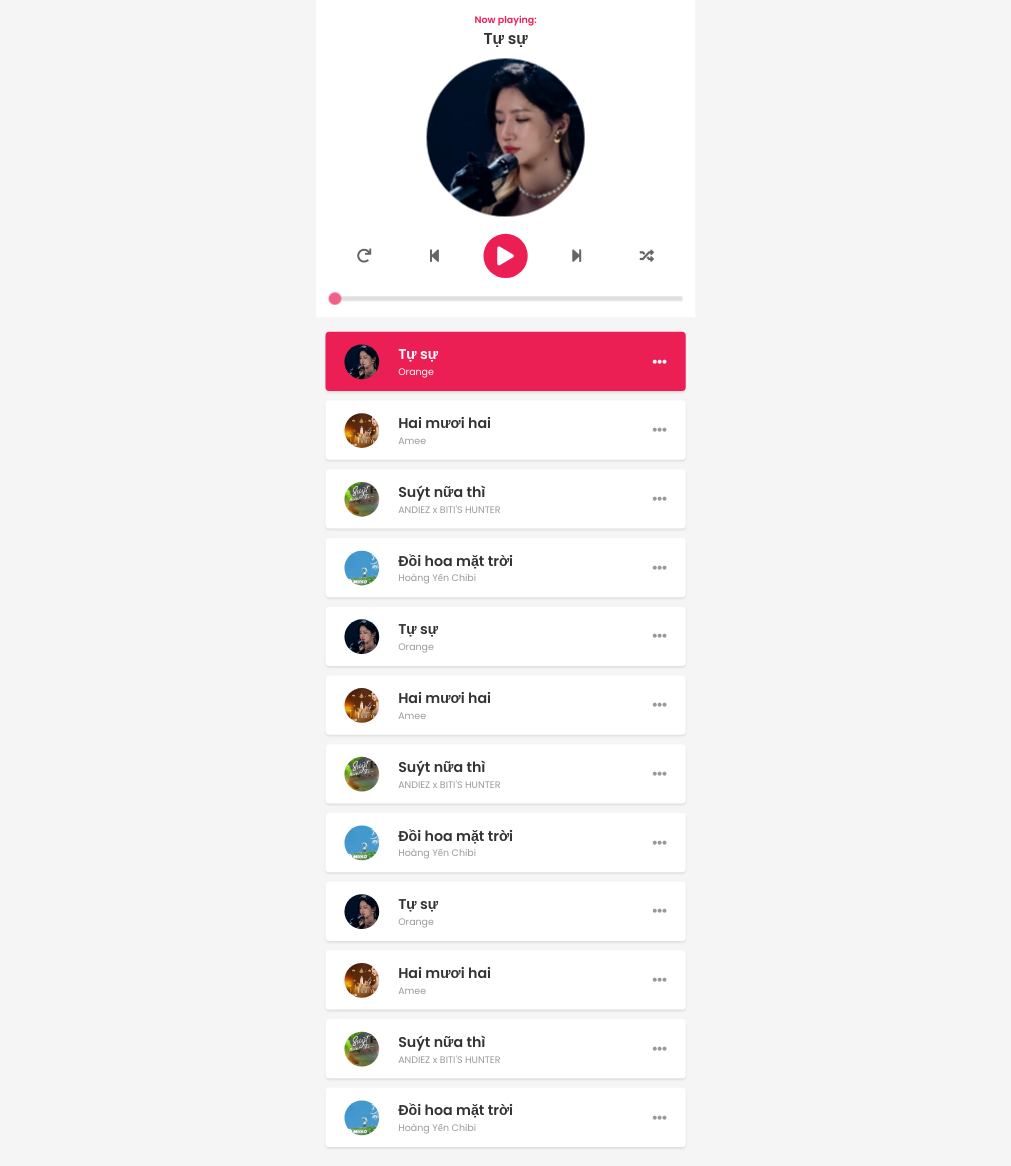
Repository: tannv3201/learn_JS_F8
Page: Example/Music player/index.html
An editor plug-in stored every save of this project. The page is shown before and after the next save, followed by the edit.
The browser window is 1280 px wide. The pictures show the whole page, at 79% of full size.

Above is the page before, as saved 2022-08-17 15:08:03.

### Example/Music player/index.html
<!DOCTYPE html>
<html lang="en">

<head>
    <meta charset="UTF-8">
    <meta http-equiv="X-UA-Compatible" content="IE=edge">
    <meta name="viewport" content="width=device-width, initial-scale=1.0">
    <title>Music player</title>
    <link rel="stylesheet" href="https://cdnjs.cloudflare.com/ajax/libs/font-awesome/5.15.2/css/all.min.css"
        integrity="sha512-HK5fgLBL+xu6dm/Ii3z4xhlSUyZgTT9tuc/hSrtw6uzJOvgRr2a9jyxxT1ely+B+xFAmJKVSTbpM/CuL7qxO8w=="
        crossorigin="anonymous" />
    <link rel="preconnect" href="https://fonts.gstatic.com">
    <link href="https://fonts.googleapis.com/css2?family=Poppins:wght@300;400;600&display=swap" rel="stylesheet">
    <link rel="stylesheet" href="./style.css">
</head>

<body>

    <div class="player">
        <!-- Dashboard -->
        <div class="dashboard">
            <!-- Header -->
            <header>
                <h4>Now playing:</h4>
                <h2>Tự sự</h2>
            </header>

            <!-- CD -->
            <div class="cd">
                <div class="cd-thumb" style="background-image: url('./assets/imgs/tusu.jpg')">
                </div>
            </div>

            <!-- Control -->
            <div class="control">
                <div class="btn btn-repeat">
                    <i class="fas fa-redo"></i>
                </div>
                <div class="btn btn-prev">
                    <i class="fas fa-step-backward"></i>
                </div>
                <div class="btn btn-toggle-play">
                    <i class="fas fa-pause icon-pause"></i>
                    <i class="fas fa-play icon-play"></i>
                </div>
                <div class="btn btn-next">
                    <i class="fas fa-step-forward"></i>
                </div>
                <div class="btn btn-random">
                    <i class="fas fa-random"></i>
                </div>
            </div>

            <input id="progress" class="progress" type="range" value="0" step="1" min="0" max="100">

            <audio id="audio" src=""></audio>
        </div>

        <!-- Playlist -->
        <div class="playlist">
            <div class="song">
                <div class="thumb" style="background-image: url('./assets/imgs/tusu.jpg')">
                </div>
                <div class="body">
                    <h3 class="title">Tự sự</h3>
                    <p class="author">Orange</p>
                </div>
                <div class="option">
                    <i class="fas fa-ellipsis-h"></i>
                </div>
            </div>
            <div class="song">
                <div class="thumb" style="background-image: url('./assets/imgs/haimuoihai.jpg')">
                </div>
                <div class="body">
                    <h3 class="title">Hai mươi hai</h3>
                    <p class="author">Amee</p>
                </div>
                <div class="option">
                    <i class="fas fa-ellipsis-h"></i>
                </div>
            </div>
            <div id="song" class="song">
                <div class="thumb"
                    style="background-image: url('https://i.ytimg.com/vi/jTLhQf5KJSc/maxresdefault.jpg')">
                </div>
                <div class="body">
                    <h3 class="title">Music name</h3>
                    <p class="author">Singer</p>
                </div>
                <div class="option">
                    <i class="fas fa-ellipsis-h"></i>
                </div>
            </div>
        </div>
    </div>

    <!-- Design from: https://static.collectui.com/shots/3671744/musicloud-revolutionary-app-for-music-streaming-large -->
    <script src="./main.js"></script>
</body>

</html>

### Example/Music player/style.css
:root {
    --primary-color: #ec1f55;
    --text-color: #333;
}

* {
    padding: 0;
    margin: 0;
    box-sizing: inherit;
}

body {
    background-color: #f5f5f5;
}

html {
    box-sizing: border-box;
    font-family: "Poppins", sans-serif;
}

.player {
    position: relative;
    max-width: 480px;
    margin: 0 auto;
}

.player .icon-pause {
    display: none;
}

.player.playing .icon-pause {
    display: inline-block;
}

.player.playing .icon-play {
    display: none;
}

.dashboard {
    padding: 16px 16px 14px;
    background-color: #fff;
    position: fixed;
    top: 0;
    width: 100%;
    max-width: 480px;
    border-bottom: 1px solid #ebebeb;
}

/* HEADER */
header {
    text-align: center;
    margin-bottom: 10px;
}

header h4 {
    color: var(--primary-color);
    font-size: 12px;
}

header h2 {
    color: var(--text-color);
    font-size: 20px;
}

/* CD */
.cd {
    display: flex;
    margin: auto;
    width: 200px;
}

.cd-thumb {
    width: 100%;
    padding-top: 100%;
    border-radius: 50%;
    background-color: #333;
    background-size: cover;
    margin: auto;
}

/* CONTROL */
.control {
    display: flex;
    align-items: center;
    justify-content: space-around;
    padding: 18px 0 8px 0;
}

.control .btn {
    color: #666;
    padding: 18px;
    font-size: 18px;
}

.control .btn.active {
    color: var(--primary-color);
}

.control .btn-toggle-play {
    width: 56px;
    height: 56px;
    border-radius: 50%;
    font-size: 24px;
    color: #fff;
    display: flex;
    align-items: center;
    justify-content: center;
    background-color: var(--primary-color);
}

.progress {
    width: 100%;
    -webkit-appearance: none;
    height: 6px;
    background: #d3d3d3;
    outline: none;
    opacity: 0.7;
    -webkit-transition: 0.2s;
    transition: opacity 0.2s;
}

.progress::-webkit-slider-thumb {
    -webkit-appearance: none;
    appearance: none;
    width: 16px;
    height: 16px;
    border-radius: 50%;
    background-color: var(--primary-color);
    cursor: pointer;
}

/* PLAYLIST */
.playlist {
    margin-top: 408px;
    padding: 12px;
}

.song {
    display: flex;
    align-items: center;
    margin-bottom: 12px;
    background-color: #fff;
    padding: 8px 16px;
    border-radius: 5px;
    box-shadow: 0 2px 3px rgba(0, 0, 0, 0.1);
}

.song.active {
    background-color: var(--primary-color);
}

.song:active {
    opacity: 0.8;
}

.song.active .option,
.song.active .author,
.song.active .title {
    color: #fff;
}

.song .thumb {
    width: 44px;
    height: 44px;
    border-radius: 50%;
    background-size: cover;
    margin: 0 8px;
}

.song .body {
    flex: 1;
    padding: 0 16px;
}

.song .title {
    font-size: 18px;
    color: var(--text-color);
}

.song .author {
    font-size: 12px;
    color: #999;
}

.song .option {
    padding: 16px 8px;
    color: #999;
    font-size: 18px;
}

### Example/Music player/main.js
/**
    1. Render song
    2. Scroll top
    3. Play / pause/ seek
    4. CD rotate
    5. Next / prev
    6. Random
    7. Next / repeat when ended
    8. Active Song
    9. Scroll active song into view
    10. Play song when click
 */
const $ = document.querySelector.bind(document);
const $$ = document.querySelectorAll.bind(document);

// Lấy ra các element
const heading = $('header h2');
const cdThumb = $('.cd-thumb');
const audio = $('#audio');
const cd = $('.cd');
const playBtn = $('.btn-toggle-play');
const player = $('.player');
const progress = $('#progress');
const nextBtn = $('.btn-next');
const prevBtn = $('.btn-prev');
const randomBtn = $('.btn-random');
const repeatBtn = $('.btn-repeat');
const playlist = $('.playlist');
const app = {
    currentIndex: 0,
    isPlaying: false,
    isRandom: false,
    isRepeat: false,
    songs: [
        {
            name: 'Tự sự',
            singer: 'Orange',
            path: './assets/music/tusu.mp3',
            image: './assets/imgs/tusu.jpg'
        },
        {
            name: 'Hai mươi hai',
            singer: 'Amee',
            path: './assets/music/haimuoihai.mp3',
            image: './assets/imgs/haimuoihai.jpg'
        },
        {
            name: 'Suýt nữa thì',
            singer: 'ANDIEZ x BITI\'S HUNTER',
            path: './assets/music/suytnuathi.mp3',
            image: './assets/imgs/suytnuathi.jpg'
        },
        {
            name: 'Đồi hoa mặt trời',
            singer: 'Hoàng Yến Chibi',
            path: './assets/music/doihoamattroi.mp3',
            image: './assets/imgs/doihoamattroi.jpg'
        },
        {
            name: 'Tự sự',
            singer: 'Orange',
            path: './assets/music/tusu.mp3',
            image: './assets/imgs/tusu.jpg'
        },
        {
            name: 'Hai mươi hai',
            singer: 'Amee',
            path: './assets/music/haimuoihai.mp3',
            image: './assets/imgs/haimuoihai.jpg'
        },
        {
            name: 'Suýt nữa thì',
            singer: 'ANDIEZ x BITI\'S HUNTER',
            path: './assets/music/suytnuathi.mp3',
            image: './assets/imgs/suytnuathi.jpg'
        },
        {
            name: 'Đồi hoa mặt trời',
            singer: 'Hoàng Yến Chibi',
            path: './assets/music/doihoamattroi.mp3',
            image: './assets/imgs/doihoamattroi.jpg'
        },
        {
            name: 'Tự sự',
            singer: 'Orange',
            path: './assets/music/tusu.mp3',
            image: './assets/imgs/tusu.jpg'
        },
        {
            name: 'Hai mươi hai',
            singer: 'Amee',
            path: './assets/music/haimuoihai.mp3',
            image: './assets/imgs/haimuoihai.jpg'
        },
        {
            name: 'Suýt nữa thì',
            singer: 'ANDIEZ x BITI\'S HUNTER',
            path: './assets/music/suytnuathi.mp3',
            image: './assets/imgs/suytnuathi.jpg'
        },
        {
            name: 'Đồi hoa mặt trời',
            singer: 'Hoàng Yến Chibi',
            path: './assets/music/doihoamattroi.mp3',
            image: './assets/imgs/doihoamattroi.jpg'
        },
    ],
    render: function () {
        const htmls = this.songs.map((song, index) => {
            return `
            <div class="song ${index === this.currentIndex ? 'active' : ''}" >
                <div class="thumb" style="background-image: url('${song.image}')">
                </div>
                <div class="body">
                    <h3 class="title">${song.name}</h3>
                    <p class="author">${song.singer}</p>
                </div>
                <div class="option">
                    <i class="fas fa-ellipsis-h"></i>
                </div>
            </div>
            `
        })
        playlist.innerHTML = htmls.join('');
    },

    // Định nghĩa thuộc tính
    defineProperties: function () {
        Object.defineProperty(this, 'currentSong', {
            get: function () {
                return this.songs[this.currentIndex];
            }
        })
    },

    // Xử lý sự kiện
    handleEvents: function () {
        const _this = this; // Định nghĩa từ khóa this ở ngoài
        // Lấy ra Element "cd"
        const cdWidth = cd.offsetWidth; // Lấy width của cd.

        // Xử lý CD quay và dừng
        const cdThumbAnimate = cdThumb.animate([
            {
                transform: 'rotate(360deg)'
            }
        ], {
            duration: 10000, // 10 giây
            iterations: Infinity // Chạy vô hạn
        })
        cdThumbAnimate.pause()

        // Xử lý phóng to / thu nhỏ cd
        document.onscroll = function () {
            const scrollTop = document.documentElement.scrollTop || window.scrollY;
            const newCdWidth = cdWidth - scrollTop;
            cd.style.width = newCdWidth > 0 ? newCdWidth + 'px' : 0; // check nếu kéo nhanh quá giá trị về < 0 thì lấy = 0
            cd.style.opacity = newCdWidth / cdWidth; // mờ dần khi scroll
        }

        // Xử lý khi click play
        playBtn.onclick = function () {
            if (_this.isPlaying) {
                audio.pause();
            }
            else {
                audio.play();
            }
        };
        // Khi bài hát được play
        audio.onplay = function () {
            _this.isPlaying = true;
            player.classList.add('playing') // chuyển btn play thành btn pause
            cdThumbAnimate.play()
        };
        // Khi bài hát bị dừng
        audio.onpause = function () {
            _this.isPlaying = false;
            player.classList.remove('playing') // chuyển btn pause thành btn play
            cdThumbAnimate.pause()
        }

        // Khi tiến độ bài hát thay đổi
        audio.ontimeupdate = function () {
            if (audio.duration) {
                const progressPercent = Math.floor(audio.currentTime / audio.duration * 100);
                progress.value = progressPercent;
            }
        }

        // xử lý khi tua bài hát
        progress.onchange = function (e) {
            const seekTime = audio.duration * e.target.value / 100;
            audio.currentTime = seekTime;
        }

        // Next bài
        nextBtn.onclick = function () {
            if (_this.isRandom) {
                _this.playRandomSong()
            }
            else {
                _this.nextSong();
            }
            audio.play();
            _this.render();
            _this.scrollToActiveSong();
        }

        // Prev  bài
        prevBtn.onclick = function () {
            if (_this.isRandom) {
                _this.playRandomSong()
            }
            else {
                _this.prevSong();
            }
            audio.play();
            _this.render();
            _this.scrollToActiveSong();
        }

        // Random
        randomBtn.onclick = function () {
            _this.isRandom = !_this.isRandom
            randomBtn.classList.toggle('active', _this.isRandom);
        }

        // xử lý next khi hết bài
        audio.onended = function () {
            if (!_this.isRepeat) {
                nextBtn.click();
            }
            else {
                audio.play()
            }
        }

        // Xử lý repeat bài hát hiện tại
        repeatBtn.onclick = function () {
            _this.isRepeat = !_this.isRepeat;
            repeatBtn.classList.toggle('active', _this.isRepeat);
        }

        // Xử lý click bài hát ở playlist
        playlist.onclick = function (e) {
            const songNode = e.target.closest('.song:not(.active)');

            if (songNode || e.target.closest('.option')) {
                // Xử lý khi click vào song
                if (songNode) {
                    console.log(songNode.getAttribute('data-index'));
                }

                // Xử lý khi click vào song option
                if (e.target.closest('.option')) {

                }
            }
        }
    },

    loadCurrentSong: function () {
        // Gán giá trị bài hát hiện tại
        heading.textContent = this.currentSong.name;
        cdThumb.style.backgroundImage = `url('./${this.currentSong.image}')`;
        audio.src = this.currentSong.path;
    },
    scrollToActiveSong: function () {
        setTimeout(() => {
            $('.song.active').scrollIntoView({
                behavior: 'smooth',
                block: 'end',
            });
        }, 300);
    },

    // Next
    nextSong: function () {
        this.currentIndex++;
        if (this.currentIndex >= this.songs.length) {
            this.currentIndex = 0;
        }
        this.loadCurrentSong();
    },
    // Previous
    prevSong: function () {
        this.currentIndex--;
        if (this.currentIndex < 0) {
            this.currentIndex = this.songs.length - 1;
        }
        this.loadCurrentSong();
    },

    // Random
    playRandomSong: function () {
        let newIndex
        do {
            newIndex = Math.floor(Math.random() * this.songs.length);
        } while (newIndex === this.currentIndex)
        this.currentIndex = newIndex;
        this.loadCurrentSong();
    },

    // Phương thức start() để bắt đầu
    start: function () {
        // Định nghĩa ra các thuộc tính cho object
        this.defineProperties();

        // Lắng nghe, xử lý các sự kiện (DOM event)
        this.handleEvents();

        // Tải thông tin bài hát đầu tiền vào UI khi chạy ứng dụng
        this.loadCurrentSong();



        // Render playlist
        this.render();
    }
}

app.start();

After the next save:
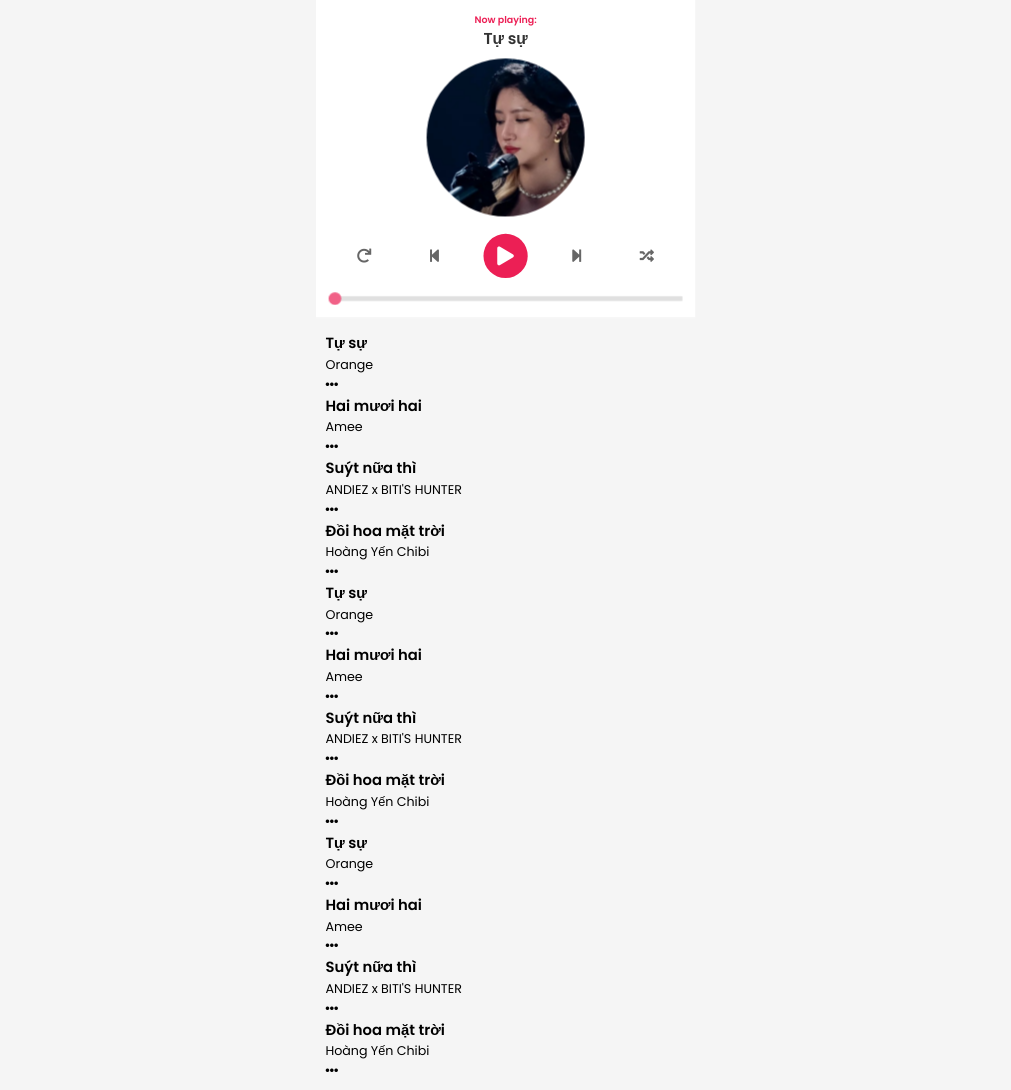
Saved 11 s later.
--- a/Example/Music player/main.js
+++ b/Example/Music player/main.js
@@ -108,7 +108,7 @@
     render: function () {
         const htmls = this.songs.map((song, index) => {
             return `
-            <div class="song ${index === this.currentIndex ? 'active' : ''}" >
+            <div data-index="${index} class="song ${index === this.currentIndex ? 'active' : ''}" >
                 <div class="thumb" style="background-image: url('${song.image}')">
                 </div>
                 <div class="body">

After the save that followed:
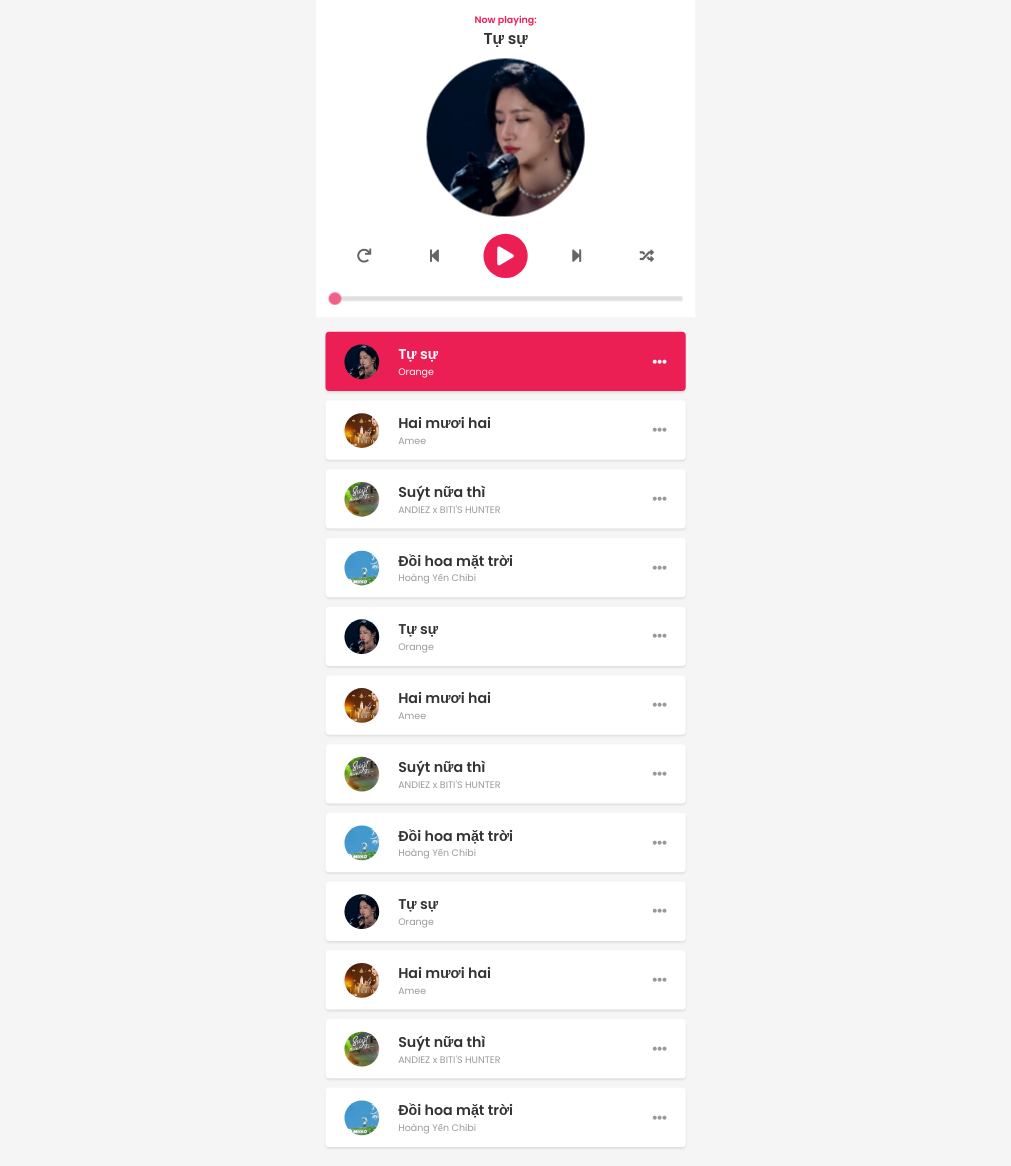
Saved 50 s later.
--- a/Example/Music player/main.js
+++ b/Example/Music player/main.js
@@ -108,7 +108,7 @@
     render: function () {
         const htmls = this.songs.map((song, index) => {
             return `
-            <div data-index="${index} class="song ${index === this.currentIndex ? 'active' : ''}" >
+            <div  class="song ${index === this.currentIndex ? 'active' : ''}" data-index="${index}">
                 <div class="thumb" style="background-image: url('${song.image}')">
                 </div>
                 <div class="body">
